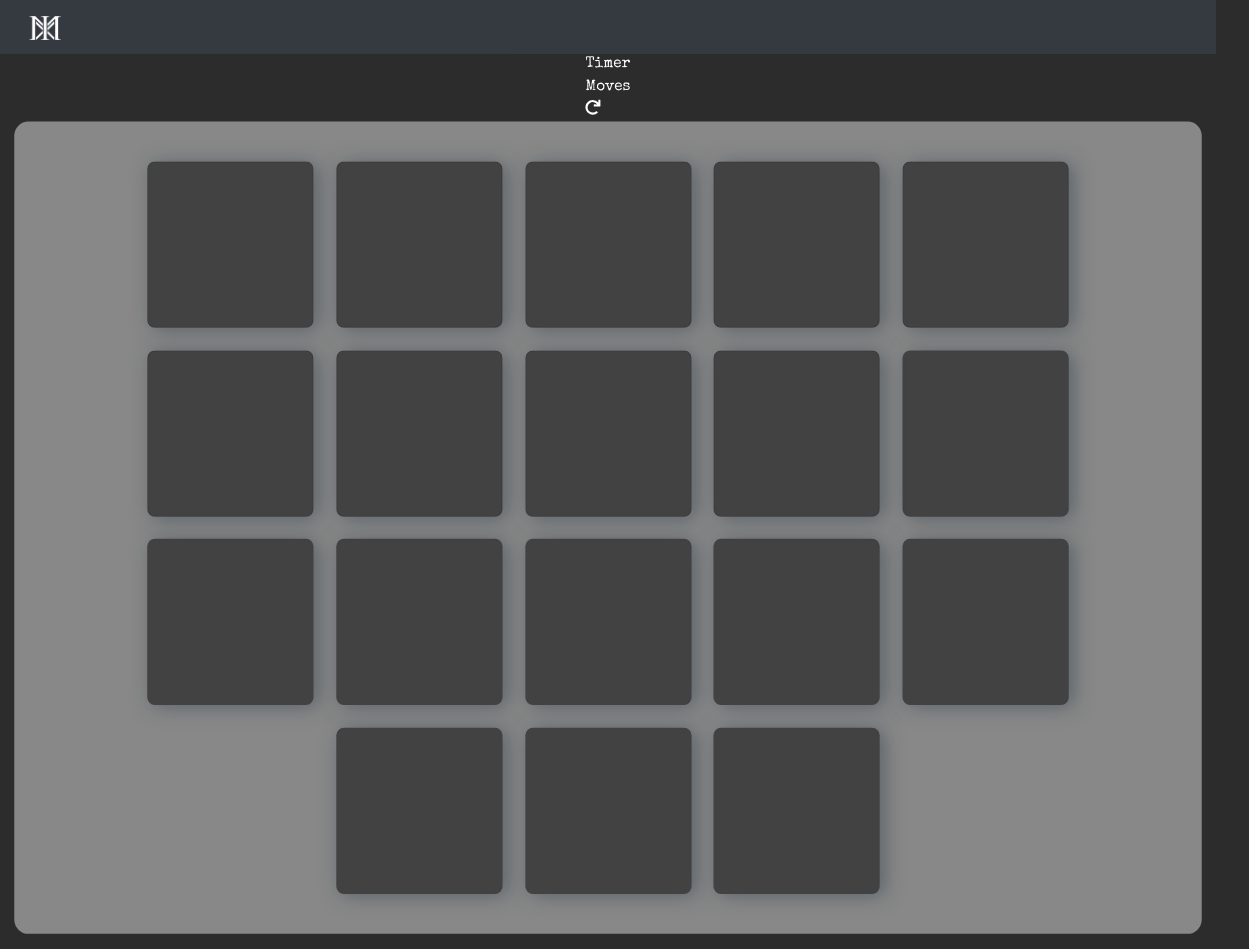
Repository: Code-Institute-Submissions/Milestone-25
Page: game.html
The author's editor kept a record of every edit. The page is drawn from the files as they stood at one moment, then again after the next edit.
The browser window is 1280 px wide. The page is 1280 px wide, then 1315 px, so the pictures cover 1315 px, including what lies to the right of the window. The pictures show the whole page, at 95% of full size.
Some web libraries are served in a nearby version.

Above is the page before.

After the next edit:
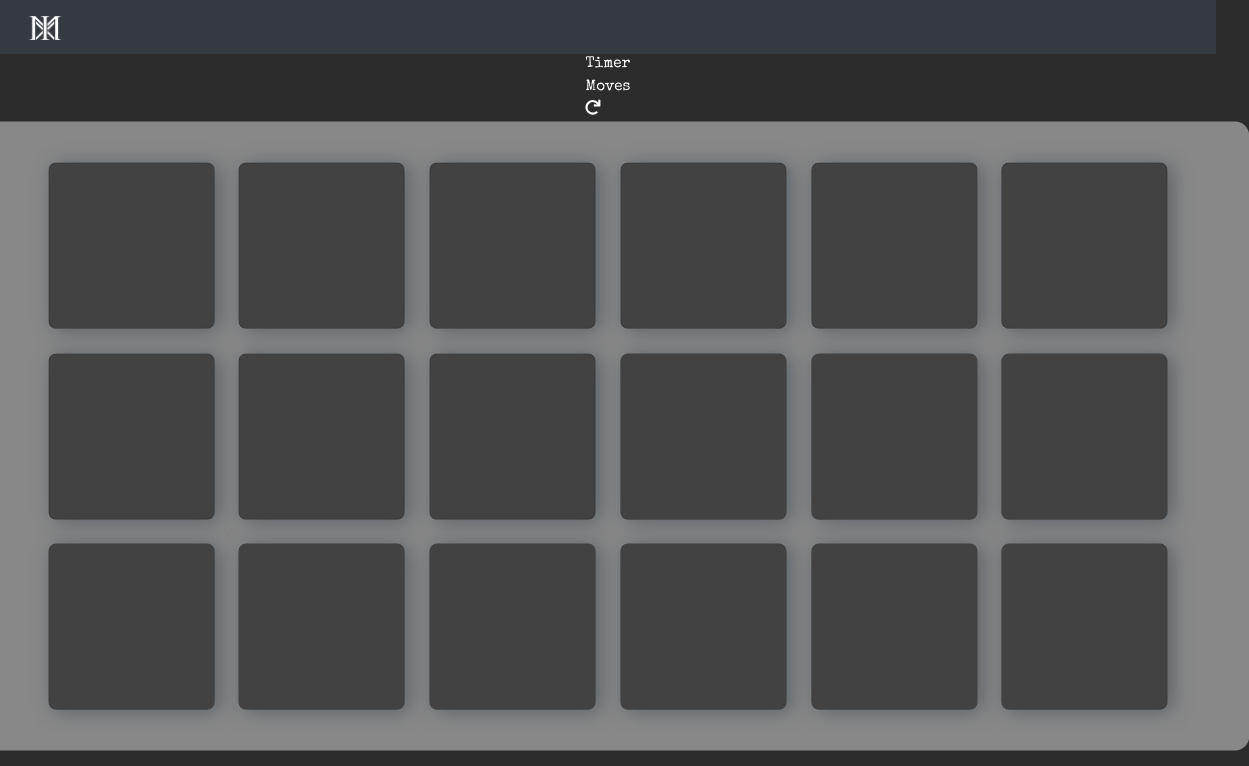
The edit:
--- a/assets/css/style.css
+++ b/assets/css/style.css
@@ -55,7 +55,7 @@
  */
 
 .gamedeck {
-  width: 1250px;
+  width: 1350px;
   min-height: 600px;
   background: #888888;
   border-radius: 15px;
